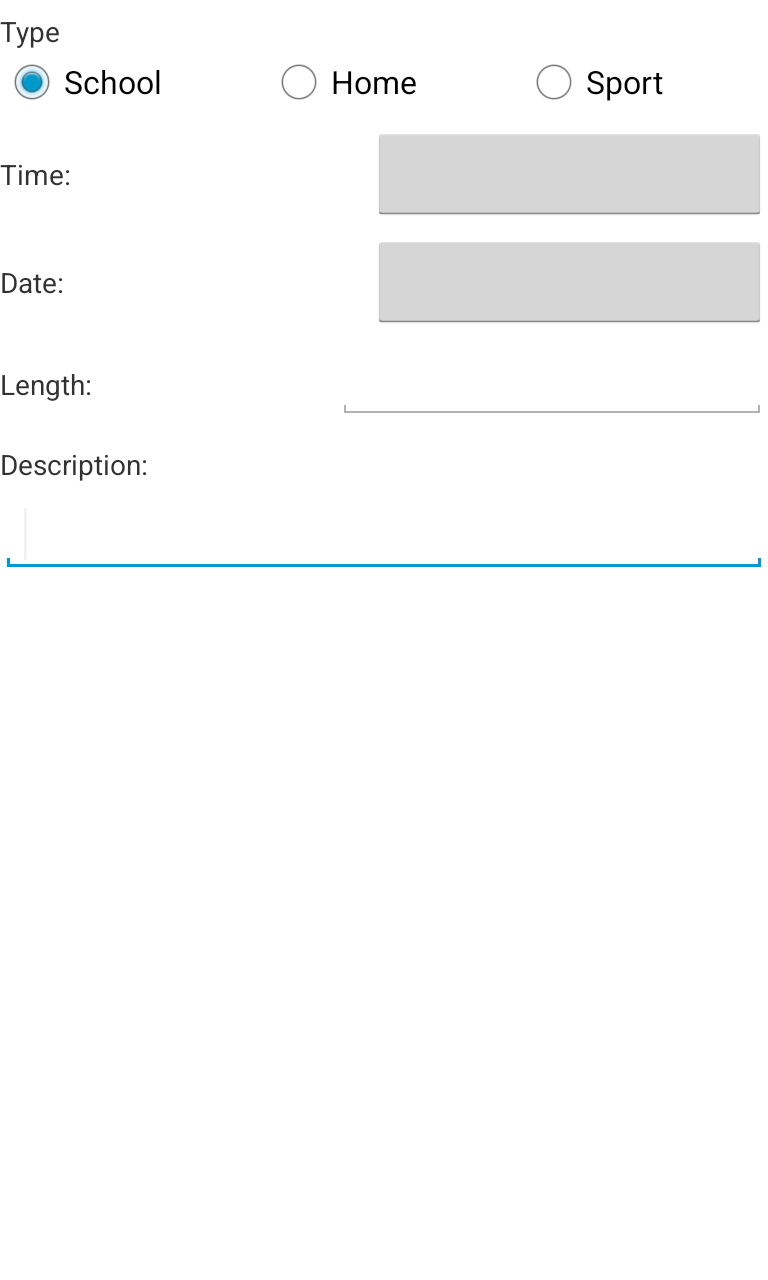
Repository: sehmon/workspace-eclipse
Layout: MilesTracker/res/layout/fragment_new_mile_sport.xml
An editor plug-in stored every save of this project. The layout is shown before and after the next save, followed by the edit.
It is drawn on a 768 x 1280 px phone screen (xhdpi) without system bars, with theme AppTheme; the app's code is not run.

Above is the layout before, as saved 2014-04-06 03:20:17.

After the next save:
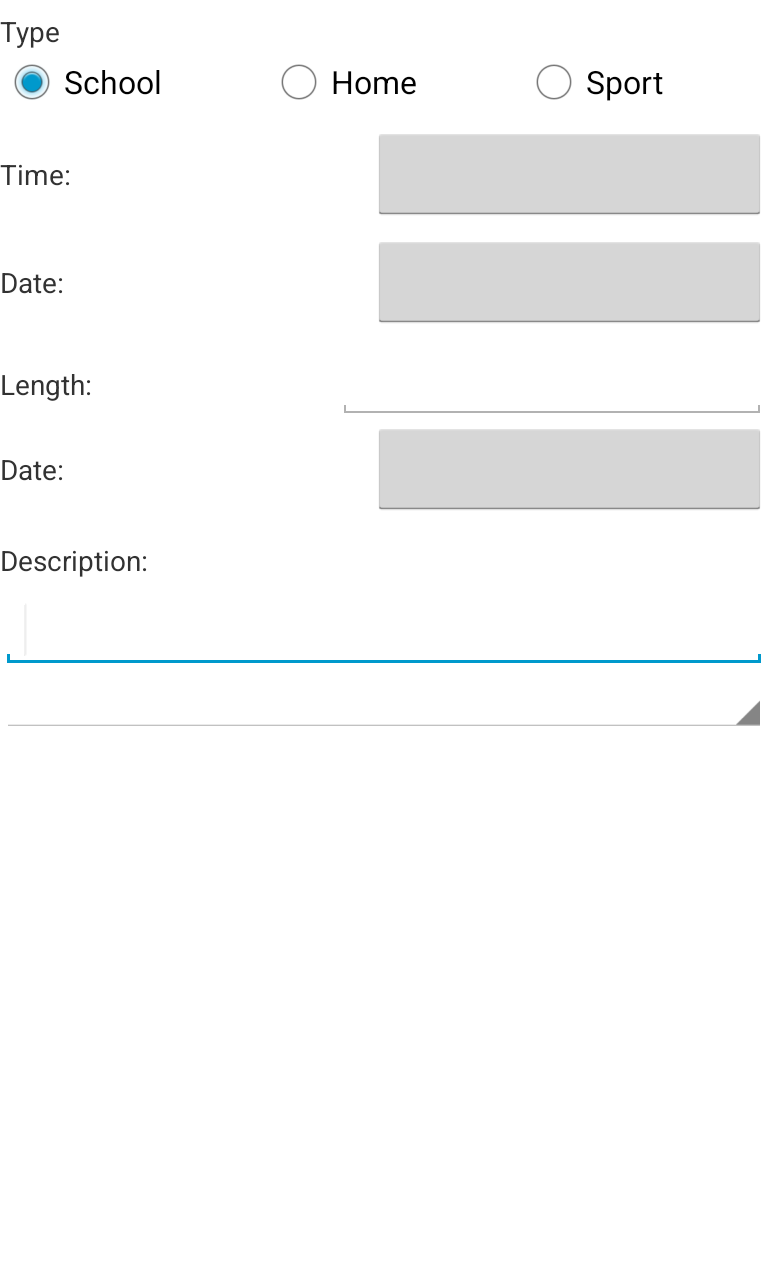
Saved 3 min 39 s later.
--- a/MilesTracker/res/layout/fragment_new_mile_sport.xml
+++ b/MilesTracker/res/layout/fragment_new_mile_sport.xml
@@ -105,6 +105,26 @@
            android:layout_weight="1"/>
     </TableRow>
 
+    <TableRow
+
+        >
+
+        <TextView
+            android:id="@+id/newMileSportTextView"
+            android:layout_width="wrap_content"
+            android:layout_height="wrap_content"
+            android:layout_weight="1"
+            android:text="@string/new_mile_date" />
+
+        <Button
+            android:id="@+id/dateButton"
+            style="?android:attr/buttonStyleSmall"
+            android:layout_width="wrap_content"
+            android:layout_height="wrap_content"
+            android:layout_weight="1" />
+
+    </TableRow>
+
 
     <TextView
         android:id="@+id/descriptionTextView"
@@ -124,4 +144,9 @@
         <requestFocus />
     </EditText>
 
+    <Spinner
+        android:id="@+id/spinner1"
+        android:layout_width="wrap_content"
+        android:layout_height="wrap_content" />
+
 </TableLayout>
